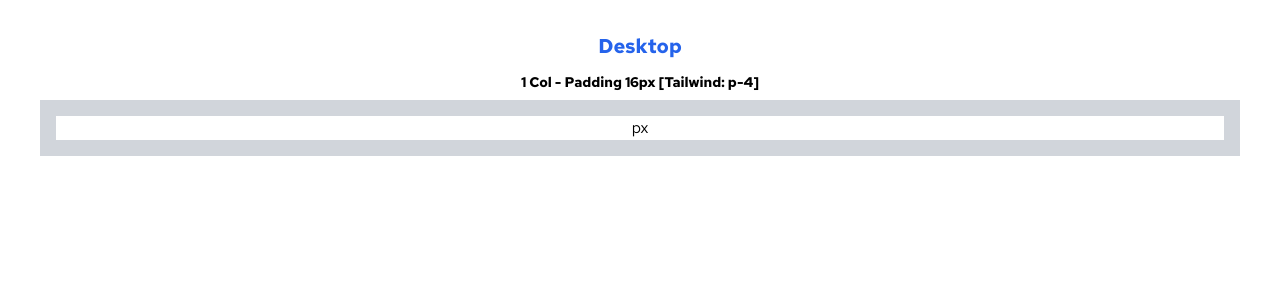
Repository: fabianwurk/vue-tailwind
Page: /
These files come from the project's save history. The page is drawn as it stood at one moment and after a run of saves; the edit follows.
The browser window is 1280 px wide. The pictures show the whole page.
The project was rebuilt for these pictures with package versions that can differ from the ones it lists, and the page was loaded fresh each time. Also part of the build but not shown: vite.config.js.

Above is the page before, as saved 2021-03-17 00:21:30.
Console error: TypeError: this.innerWidth is not a function

### index.html
<!DOCTYPE html>
<html lang="en">
  <head>
    <link rel="preconnect" href="https://fonts.gstatic.com">
<link href="https://fonts.googleapis.com/css2?family=Red+Hat+Text:wght@400;700&display=swap" rel="stylesheet">
    <meta charset="UTF-8" />
    <link rel="icon" href="/favicon.ico" />
    <meta name="viewport" content="width=device-width, initial-scale=1.0" />
    <title>Vite App</title>
  </head>
  <body>
    <div id="app"></div>
    <script type="module" src="/src/main.js"></script>
  </body>
</html>

### src/App.vue
<template>
  <Large />
  <!--<Medium />-->
</template>

<script setup>
import Large from './components/Large.vue';
// import Medium from './components/Medium.vue';

</script>

### src/index.css
/* ./src/index.css */
@tailwind base;

body {
  font-family: 'Red Hat Text', sans-serif;
}
@tailwind components;
@tailwind utilities;

### src/components/Large.vue
<template>
  <div>

    <div class="container mx-auto">
      <h2 class="text-sm font-bold mb-2 mt-8 text-center">
        <span class="block md:hidden lg:hidden text-center text-blue-600 text-xl">Mobile</span>
        <span class="hidden md:block lg:hidden text-center text-blue-600 text-xl">Tablet</span>
        <span class="hidden md:hidden lg:block text-center text-blue-600 text-xl my-3">Desktop</span>
        1 Col - Padding 16px [Tailwind: p-4]
      </h2>
      <div class="flex items-center">
        <div class="w-full bg-gray-300 mb-4 mt-0 py-4 px-4 text-center">
          <span class="bg-white w-full block" ref="boxWidth">{{width}}px</span>
        </div>
      </div>
    </div>

  </div>
</template>

<script>
export default {
  data() {
    return {
      width: null,
    };
  },
  mounted() {
  	this.innerWidth()
  },
  created() {
  window.addEventListener("resize", this.resizeWidthEvent);
  },
  destroyed() {
    window.removeEventListener("resize", this.resizeWidthEvent);
  },
  methods: {
    resizeWidthEvent(e) {
      this.width = this.$refs.boxWidth.clientWidth;
    }
  }
}
</script>

### tailwind.config.js
module.exports = {
  purge: ['./index.html', './src/**/*.{vue,js,ts,jsx,tsx}'],
  darkMode: false, // or 'media' or 'class'
  theme: {
    extend: {
      container: {
        'md': {'max': '768px'},
      },
      screens: {
        'xl': {'min': '1200px', 'max': '1280px'},
        '2xl': {'max': '1280px'},
      },
    },
  },
  variants: {
    extend: {},
  },
  plugins: [],
}

Loaded but not shown: src/main.js (common file)

After the next 2 saves:
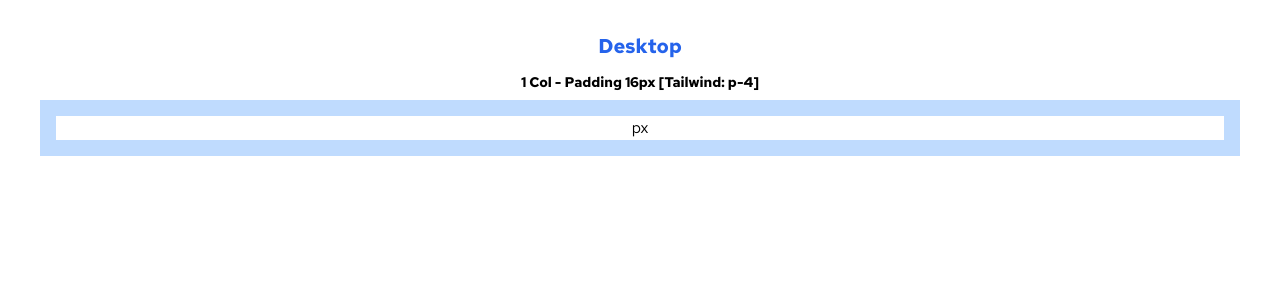
The 2 saves are shown as one change because they came seconds apart.
The last was saved 7 s later.
--- a/src/components/Large.vue
+++ b/src/components/Large.vue
@@ -9,7 +9,7 @@
         1 Col - Padding 16px [Tailwind: p-4]
       </h2>
       <div class="flex items-center">
-        <div class="w-full bg-gray-300 mb-4 mt-0 py-4 px-4 text-center">
+        <div class="w-full bg-blue-200 mb-4 mt-0 py-4 px-4 text-center">
           <span class="bg-white w-full block" ref="boxWidth">{{width}}px</span>
         </div>
       </div>
